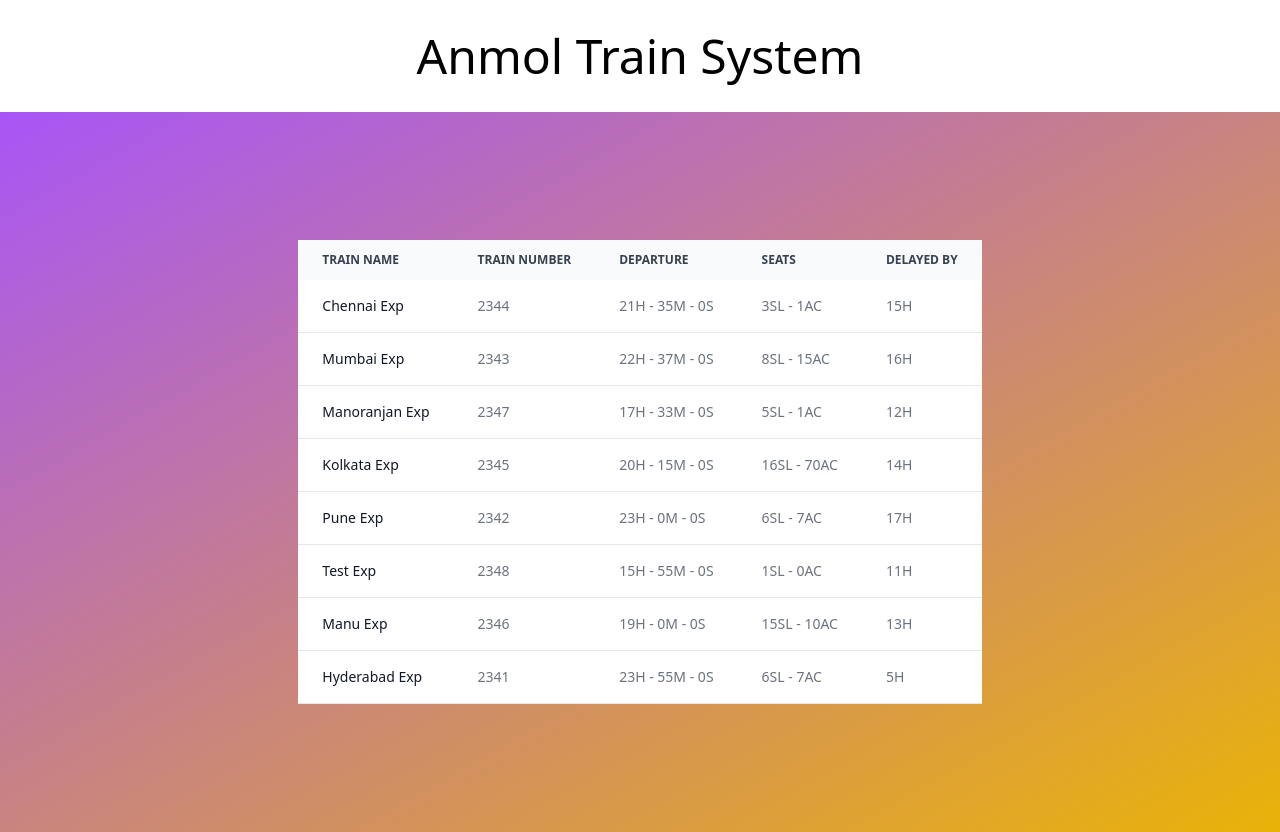
Repository: theanmol-raj/2010080029
Page: /
The author's editor kept a copy of each file at every save. The page is drawn from the files as they stood at one save, then again after the next save.
The browser window is 1280 px wide. The pictures show the whole page.
The page's requests for data from a server got no answer. The project was rebuilt for these pictures with package versions that can differ from the ones it lists, and the page was loaded fresh each time. No one was signed in, and anything a server would have sent is missing. Also part of the build but not shown: src/components/IndividualTrainINfo.jsx.

Above is the page before, as saved 2023-04-29 21:16:32.

After the next save:
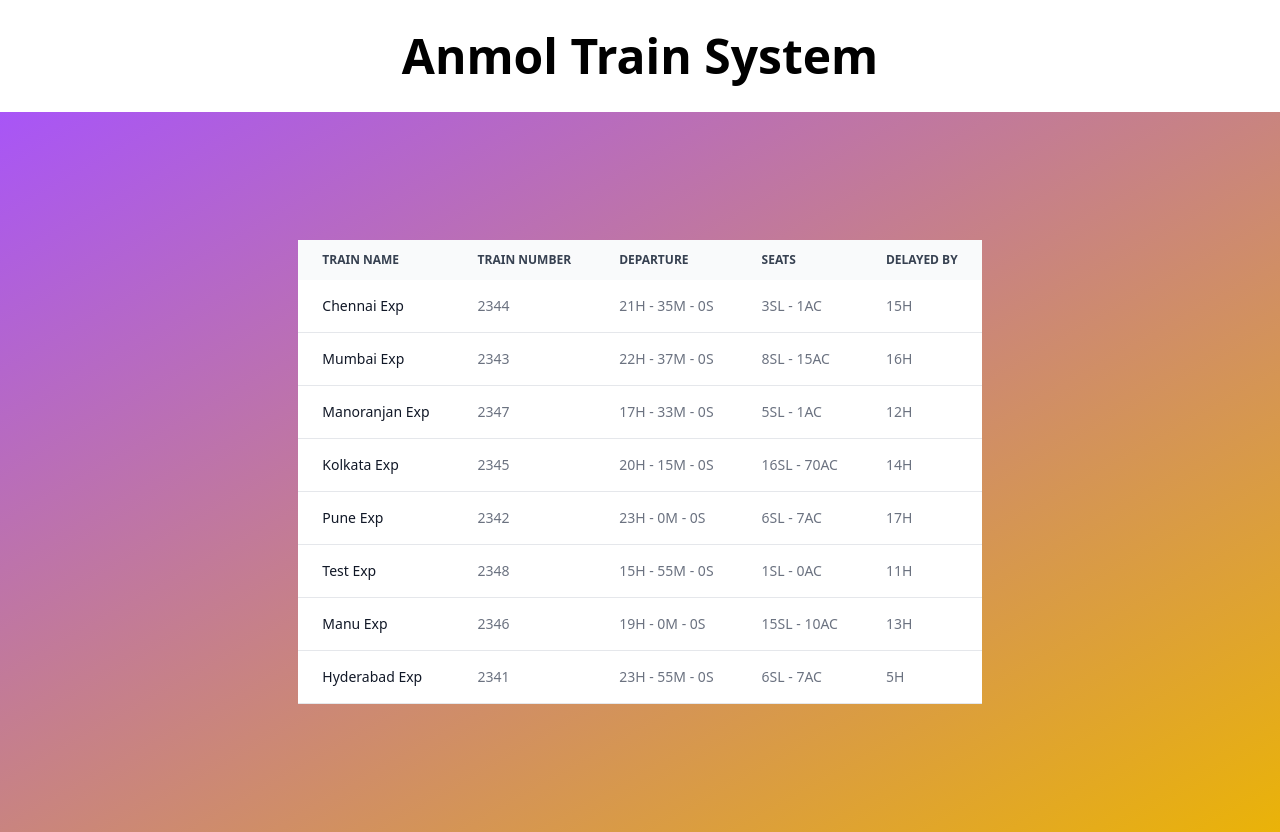
Saved 6 s later.
--- a/src/App.js
+++ b/src/App.js
@@ -91,7 +91,7 @@
 
   return (
     <div className="">
-    <h1 className=" text-center text-5xl py-8">Anmol Train System</h1>
+    <h1 className=" text-center text-5xl py-8 font-extrabold">Anmol Train System</h1>
       <Routes>
         <Route path="/" element={<TrainINfo setter={setter} data={data} />} />
         <Route path="/:id" element = {<IndividualTrainINfo data ={data}/>}/>
